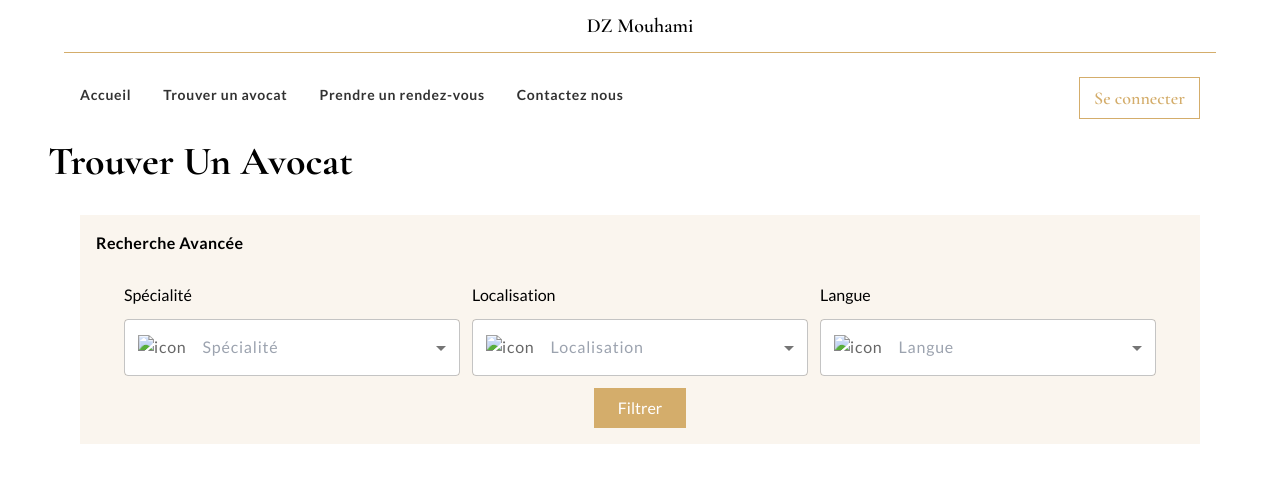
Repository: Chekrouba-Tinhinane/Mohami_dz
Page: /Search (app in client/)
These files come from the project's save history. The page is drawn as it stood at one moment and after a run of saves; the edit follows.
The browser window is 1280 px wide. The pictures show the whole page.
The project was rebuilt for these pictures with package versions that can differ from the ones it lists, and the page was loaded fresh each time. Also part of the build but not shown: client/vite.config.js, client/src/LandingPage.jsx, client/src/SignIn.jsx, client/src/components/Profile.jsx.

Above is the page before, as saved 2024-01-25 18:29:17.

After the next 3 saves:
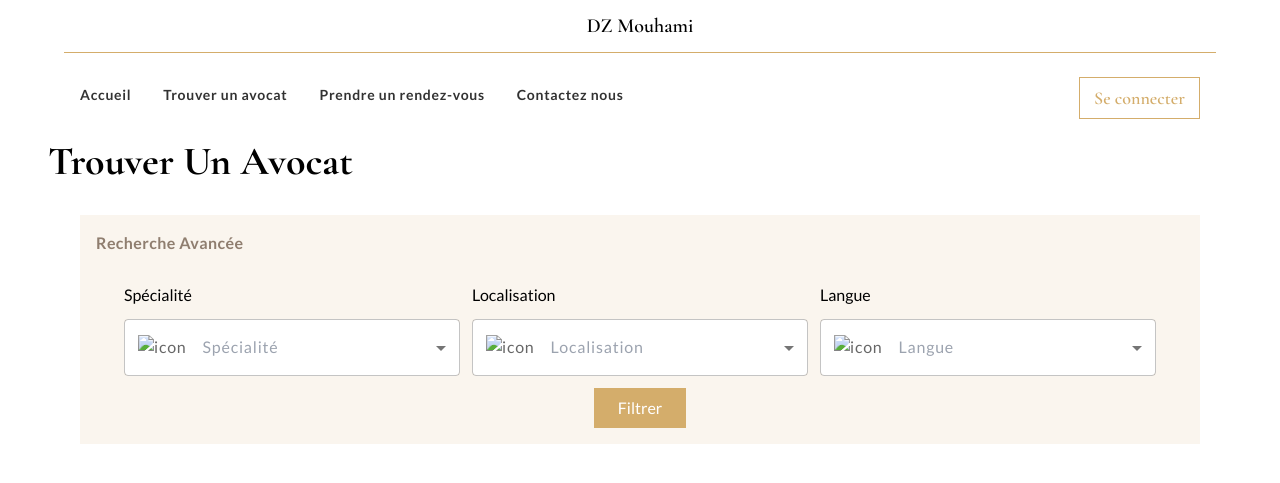
The 3 saves are shown as one change because they came seconds apart.
The last was saved 20 s later.
--- a/client/src/components/SearchContainer.jsx
+++ b/client/src/components/SearchContainer.jsx
@@ -14,7 +14,7 @@ const SearchContainer = () => {
 
   return (
     <div className="flex flex-col gap-3 pb-4 w-full bg-lightBrown">
-      <h3 className="place-self-start text-opacity-65 font-semibold tracking-wide p-4">
+      <h3 className="place-self-start text-lightTypo text-opacity-65 font-semibold tracking-wide p-4">
         Recherche Avancée
       </h3>
 
